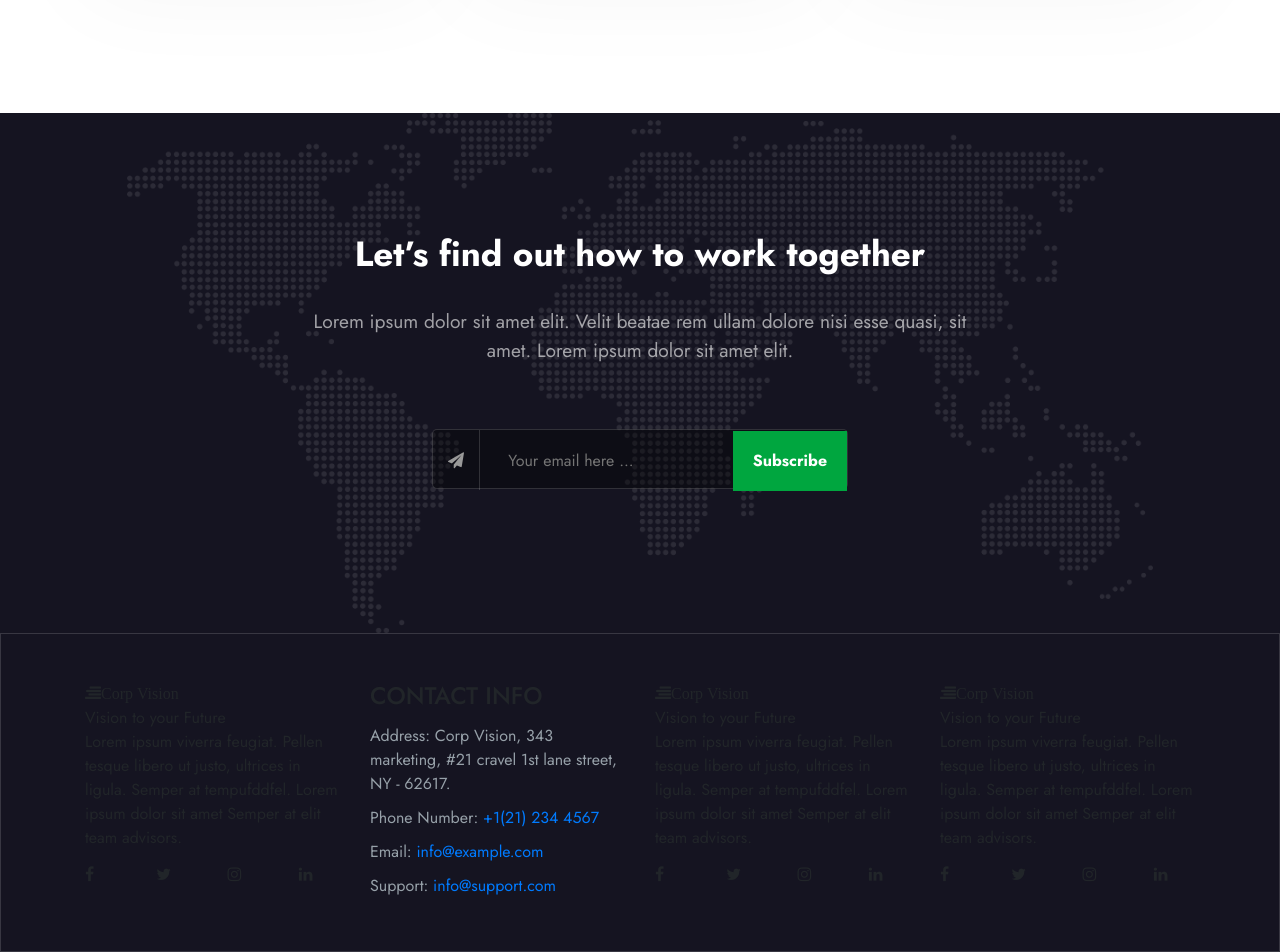
Repository: khaipnp/corpvision
Page: index.html
An editor plug-in stored every save of this project. The page is shown before and after the next save, followed by the edit.
The browser window is 1280 px wide. The pictures show the part of the page from y = 1184 to 2136 px (the page is 2136 px tall).

Above is the page before, as saved 2021-07-04 12:54:34.

### index.html
<!DOCTYPE html>
<html lang="en">
  <head>
    <meta charset="UTF-8" />
    <meta http-equiv="X-UA-Compatible" content="IE=edge" />
    <meta name="viewport" content="width=device-width, initial-scale=1.0" />
    <title>Corpvision</title>
    <meta name="description" content="Corpvision Website" />
    <!-- FONT-GOOGLE -->
    <link rel="preconnect" href="https://fonts.gstatic.com" />
    <link
      href="https://fonts.googleapis.com/css2?family=Jost:ital,wght@0,100;0,200;0,300;0,400;0,500;0,600;0,700;0,800;0,900;1,400&display=swap"
      rel="stylesheet"
    />
    <!-- FONT-AWSOME -->
    <link
      rel="stylesheet"
      href="https://cdnjs.cloudflare.com/ajax/libs/font-awesome/5.15.3/css/all.min.css"
      integrity="sha512-iBBXm8fW90+nuLcSKlbmrPcLa0OT92xO1BIsZ+ywDWZCvqsWgccV3gFoRBv0z+8dLJgyAHIhR35VZc2oM/gI1w=="
      crossorigin="anonymous"
      referrerpolicy="no-referrer"
    />
    <link rel="stylesheet" href="./css/font-awesome.min.css" />
    <!-- OWL CAROUSEL -->
    <link
      rel="stylesheet"
      href="https://cdnjs.cloudflare.com/ajax/libs/OwlCarousel2/2.3.4/assets/owl.carousel.min.css"
      integrity="sha512-tS3S5qG0BlhnQROyJXvNjeEM4UpMXHrQfTGmbQ1gKmelCxlSEBUaxhRBj/EFTzpbP4RVSrpEikbmdJobCvhE3g=="
      crossorigin="anonymous"
      referrerpolicy="no-referrer"
    />
    <link
      rel="stylesheet"
      href="https://cdnjs.cloudflare.com/ajax/libs/OwlCarousel2/2.3.4/assets/owl.theme.default.css"
      integrity="sha512-OTcub78R3msOCtY3Tc6FzeDJ8N9qvQn1Ph49ou13xgA9VsH9+LRxoFU6EqLhW4+PKRfU+/HReXmSZXHEkpYoOA=="
      crossorigin="anonymous"
      referrerpolicy="no-referrer"
    />
    <!-- BOOTSTRAP -->
    <link
      rel="stylesheet"
      href="https://cdn.jsdelivr.net/npm/bootstrap@4.6.0/dist/css/bootstrap.min.css"
      integrity="sha384-B0vP5xmATw1+K9KRQjQERJvTumQW0nPEzvF6L/Z6nronJ3oUOFUFpCjEUQouq2+l"
      crossorigin="anonymous"
    />
    <!-- MAIN CSS -->
    <link rel="stylesheet" href="./css/main.css" />
  </head>
  <body>
    <header></header>
    <section class="feedback">
      <div class="feedback__content py-5">
        <div class="container">
          <h5 class="small-title col-12 text-center">Happy clients Feedback</h5>
          <h3 class="big-title col-12 text-center">Reviews and Testimonials</h3>
          <div class="testimonials owl-carousel owl-theme">
            <div class="testimonials__item">
              <p class="text-center col-12">
                Lorem ipsum dolor sit amet elit. Velit beatae laudantium
                voluptate rem ullam dolore nisi voluptatibus esse quasi,
                doloribus tempora. Dolores molestias adipisci dolo amet!. Lorem
                ipsum dolor sit amet consectetur adipisicing elit. Esse
                architecto est ea sunt eligendi cum?
              </p>
              <div
                class="
                  testimonials__desc
                  row
                  align-items-center
                  justify-content-center
                "
              >
                <div class="avatar mr-3">
                  <img src="./img/team1.jpg" alt="team 1" />
                </div>
                <div class="name ml-3">
                  <h3>John Wilson</h3>
                  <p>Student</p>
                </div>
              </div>
            </div>
            <div class="testimonials__item">
              <p class="text-center col-12">
                Lorem ipsum dolor sit amet elit. Velit beatae laudantium
                voluptate rem ullam dolore nisi voluptatibus esse quasi,
                doloribus tempora. Dolores molestias adipisci dolo amet!. Lorem
                ipsum dolor sit amet consectetur adipisicing elit. Esse
                architecto est ea sunt eligendi cum?
              </p>
              <div
                class="
                  testimonials__desc
                  row
                  align-items-center
                  justify-content-center
                "
              >
                <div class="avatar mr-3">
                  <img src="./img/team2.jpg" alt="team 2" />
                </div>
                <div class="name ml-3">
                  <h3>Julia Sakura</h3>
                  <p>Student</p>
                </div>
              </div>
            </div>
            <div class="testimonials__item">
              <p class="text-center col-12">
                Lorem ipsum dolor sit amet elit. Velit beatae laudantium
                voluptate rem ullam dolore nisi voluptatibus esse quasi,
                doloribus tempora. Dolores molestias adipisci dolo amet!. Lorem
                ipsum dolor sit amet consectetur adipisicing elit. Esse
                architecto est ea sunt eligendi cum?
              </p>
              <div
                class="
                  testimonials__desc
                  row
                  align-items-center
                  justify-content-center
                "
              >
                <div class="avatar mr-3">
                  <img src="./img/team3.jpg" alt="team 3" />
                </div>
                <div class="name ml-3">
                  <h3>Roy Linderson</h3>
                  <p>Student</p>
                </div>
              </div>
            </div>
            <div class="testimonials__item">
              <p class="text-center col-12">
                Lorem ipsum dolor sit amet elit. Velit beatae laudantium
                voluptate rem ullam dolore nisi voluptatibus esse quasi,
                doloribus tempora. Dolores molestias adipisci dolo amet!. Lorem
                ipsum dolor sit amet consectetur adipisicing elit. Esse
                architecto est ea sunt eligendi cum?
              </p>
              <div
                class="
                  testimonials__desc
                  row
                  align-items-center
                  justify-content-center
                "
              >
                <div class="avatar mr-3">
                  <img src="./img/team4.jpg" alt="team 4" />
                </div>
                <div class="name ml-3">
                  <h3>Smith Johnson</h3>
                  <p>Student</p>
                </div>
              </div>
            </div>
          </div>
        </div>
      </div>
    </section>
    <section class="news py-5">
      <div class="news__content py-5">
        <div class="container">
          <h5 class="small-title col-12 text-center">LATEST NEWS</h5>
          <h3 class="big-title col-12 text-center">Our insight and articles</h3>
          <div class="row py-5">
            <div class="news__item col-md-6 col-lg-4">
              <div class="news__card">
                <div class="card__thumbnail p-0 position-relative">
                  <img src="./img/blog1.jpg" alt="blog 1" />
                </div>
                <div class="card__content">
                  <p>Startup Business</p>
                  <a href="#">Companies in NY launched a joint project on a three-tower
                    hall</a>
                </div>
                <div class="card__footer">
                  <span><img src="./img/icon.jpeg" alt="" /> by <a href="#">W3Layouts</a></span>
                  <p>April 1, 2021</p>
                </div>
              </div>
            </div>
            <div class="news__item col-md-6 col-lg-4">
              <div class="news__card">
                <div class="card__thumbnail p-0 position-relative">
                  <img src="./img/blog2.jpg" alt="blog 1" />
                </div>
                <div class="card__content">
                  <p>Startup Business</p>
                  <a href="#">Companies in NY launched a joint project on a three-tower
                    hall</a>
                </div>
                <div class="card__footer">
                  <span><img src="./img/icon.jpeg" alt="" /> by <a href="#">W3Layouts</a></span>
                  <p>April 1, 2021</p>
                </div>
              </div>
            </div>
            <div class="news__item col-md-6 col-lg-4">
              <div class="news__card">
                <div class="card__thumbnail p-0 position-relative">
                  <img src="./img/blog3.jpg" alt="blog 1" />
                </div>
                <div class="card__content">
                  <p>Marketing Strategy</p>
                  <a href="#">Design breakthrough upgrades the product and ready to launch</a>
                </div>
                <div class="card__footer">
                  <span><img src="./img/icon.jpeg" alt="" /> by <a href="#">W3Layouts</a></span>
                  <p>April 1, 2021</p>
                </div>
              </div>
            </div>
          </div>
        </div>
      </div>
    </section>
    <div class="subscribe py-5">
      <div class="container">
        <div class="sub__box my-5 mx-auto align-items-center justify-content-center">
          <h3 class="big-title py-4 col-12 text-center">Let’s find out how to work together<h3>
          <p class="col-12 text-center">Lorem ipsum dolor sit amet elit. Velit beatae rem ullam dolore nisi esse quasi, sit amet. Lorem ipsum dolor sit amet elit.</p>
          <div class="input__email justify-content-center py-5">
            <form>
              <i class="fa fa-paper-plane"></i>
              <input type="email" placeholder="Your email here ...">
              <button>Subscribe</button>
            </form>
          </div>
        </div>
      </div>
    </div>
    <footer>
      <div class="footer__info container py-5">
        <div class="row">
          <div class="footer__content col-3">
            <i class="fa fa-align-right">Corp Vision</i>
            <div class="slogan">Vision to your Future</div>
            <p>Lorem ipsum viverra feugiat. Pellen tesque libero ut justo, ultrices in ligula. Semper at tempufddfel. Lorem ipsum dolor sit amet Semper at elit team advisors.</p>
            <div class="social__network row justify-content-start">
              <i class="fa fa-facebook col-3"></i>
              <i class="fa fa-twitter col-3"></i>
              <i class="fa fa-instagram col-3"></i>
              <i class="fa fa-linkedin col-3"></i>
            </div>
          </div>
          <div class="footer__content col-3">
            <h4>CONTACT INFO</h4>
            <ul class="list-group list-group-flush">
              <li class="list-group-item">Address: Corp Vision, 343 marketing, #21 cravel 1st lane street, NY - 62617.</li>
              <li class="list-group-item">Phone Number: <a href="tel:+1212344567">+1(21) 234 4567</a></li>
              <li class="list-group-item">Email: <a href="mailto:">info@example.com</a></li>
              <li class="list-group-item">Support: <a href="mailto:">info@support.com</a></li>
            </ul>
          </div>
          <div class="footer__content col-3">
            <i class="fa fa-align-right">Corp Vision</i>
            <div class="slogan">Vision to your Future</div>
            <p>Lorem ipsum viverra feugiat. Pellen tesque libero ut justo, ultrices in ligula. Semper at tempufddfel. Lorem ipsum dolor sit amet Semper at elit team advisors.</p>
            <div class="social__network row justify-content-start">
              <i class="fa fa-facebook col-3"></i>
              <i class="fa fa-twitter col-3"></i>
              <i class="fa fa-instagram col-3"></i>
              <i class="fa fa-linkedin col-3"></i>
            </div>
          </div>
          <div class="footer__content col-3">
            <i class="fa fa-align-right">Corp Vision</i>
            <div class="slogan">Vision to your Future</div>
            <p>Lorem ipsum viverra feugiat. Pellen tesque libero ut justo, ultrices in ligula. Semper at tempufddfel. Lorem ipsum dolor sit amet Semper at elit team advisors.</p>
            <div class="social__network row justify-content-start">
              <i class="fa fa-facebook col-3"></i>
              <i class="fa fa-twitter col-3"></i>
              <i class="fa fa-instagram col-3"></i>
              <i class="fa fa-linkedin col-3"></i>
            </div>
          </div>
        </div>
      </div>
    </footer>
    <!-- SCRIPT -->
    <!-- BOOTSTRAP -->
    <script
      src="https://cdnjs.cloudflare.com/ajax/libs/jquery/3.6.0/jquery.js"
      integrity="sha512-n/4gHW3atM3QqRcbCn6ewmpxcLAHGaDjpEBu4xZd47N0W2oQ+6q7oc3PXstrJYXcbNU1OHdQ1T7pAP+gi5Yu8g=="
      crossorigin="anonymous"
      referrerpolicy="no-referrer"
    ></script>
    <script
      src="https://cdn.jsdelivr.net/npm/bootstrap@4.6.0/dist/js/bootstrap.bundle.min.js"
      integrity="sha384-Piv4xVNRyMGpqkS2by6br4gNJ7DXjqk09RmUpJ8jgGtD7zP9yug3goQfGII0yAns"
      crossorigin="anonymous"
    ></script>
    <!-- OWL CAROUSEL -->
    <script src="./js/owl.carousel.min.js"></script>
    <script>
      $(document).ready(function () {
        $(".owl-carousel").owlCarousel({
          navigation: false,
          slideSpeed: 300,
          paginationSpeed: 400,
          singleItem: true,
          items: 1,
          // itemsDesktop : false,
          // itemsDesktopSmall : false,
          // itemsTablet: false,
          // itemsMobile : false
        });
      });
    </script>
  </body>
</html>

### css/main.css
* {
  padding: 0;
  margin: 0;
  box-sizing: border-box;
}

html,
body {
  font-family: "Jost", sans-serif;
  background: #fff;
}

.small-title {
  color: #7e7d7d;
  font-size: 14px;
  font-weight: 600;
  text-transform: uppercase;
}

.big-title {
  color: #3f3a64;
  font-size: 35px;
  font-weight: 700;
}

/* FEEDBACK */
.feedback {
  background-color: #f7f7f7;
}

.testimonials__item {
  margin: 60px auto;
  display: block;
  max-width: 900px;
  height: auto;
}

.testimonials__item p {
  color: #7e7d7d;
  font-size: 18px;
  line-height: 28px;
}

.testimonials__desc .avatar {
  width: 70px;
  height: 70px;
  overflow: hidden;
  border-radius: 50%;
}

.testimonials__desc .avatar img {
  width: 100%;
  height: 100%;
  object-fit: cover;
}

.name h3 {
  font-size: 20px;
  margin: 0;
  font-weight: 600;
  color: #3f3a64;
}
.name p {
  font-style: normal;
  margin-bottom: 0;
}

.owl-theme .owl-dots .owl-dot.active span,
.owl-theme .owl-dots .owl-dot span {
  background: rgba(33, 51, 100, 0.5);
  transform: scale(1);
  transition: all 0.5s;
}

.owl-theme .owl-dots .owl-dot.active span,
.owl-theme .owl-dots .owl-dot:hover span {
  background: #213364 !important;
  transform: scale(1.5);
}

/* NEWS */
.news__card {
  background-color: #fff;
  box-shadow: 0 25px 98px 0 rgb(0 0 0 / 4%);
  border: 1px solid transparent;
  border-radius: 10px;
}

.card__thumbnail {
  overflow: hidden;
  border-radius: 10px 10px 0 0;
}

.card__thumbnail img {
  width: 100%;
  border-radius: 10px 10px 0 0;
  object-fit: cover;
  cursor: pointer;
  transition: all 0.5s;
}

.card__thumbnail img:hover {
  transform: scale(1.15);
}

.card__content {
  padding: 20px;
}

.card__content p {
  color: #999;
  font-size: 17px;
  font-weight: 400;
}

.card__content a {
  text-decoration: none;
  color: #213364;
  font-size: 20px;
  font-weight: 600;
  transition: all 0.5s;
  cursor: pointer;
}

.card__content a:hover {
  color: #00a63f;
}

.card__footer {
  display: flex;
  justify-content: space-between;
  align-items: center;
  border-top: 1px solid rgba(126, 125, 125, 0.1);
  padding: 10px;
}

.card__footer a {
  color: #213364;
  font-size: 1rem;
  font-weight: 600;
  cursor: pointer;
  transition: all 0.5s;
  text-decoration: none;
}

.card__footer a:hover {
  color: #00a63f;
}

.card__footer img {
  cursor: pointer;
}

.card__footer span {
  color: rgb(102, 102, 102, 0.6);
  font-weight: 600;
}

.card__footer p {
  margin-bottom: 0;
  font-size: 15px;
  color: rgb(102, 102, 102, 0.8);
}

/* SUBCRIBE */
.subscribe {
  background-image: url(../img/map.png);
  background-color: #151421;
  background-size: contain;
  background-repeat: no-repeat;
  background-position: center;
}

.sub__box {
  max-width: 700px;
}

.sub__box .big-title {
  color: #fff;
}

.sub__box p {
  font-size: 1.2rem;
  color: rgba(255, 255, 255, 0.6);
  line-height: 1.5;
  font-weight: 400;
}

.input__email {
  display: flex;
}

.input__email form {
  border: 1px solid rgb(255, 255, 255, 0.15);
  border-radius: 5px;
  height: 60px;
  background: rgb(0, 0, 0, 0.35);
  max-width: 550px;
}

.input__email input {
  color: #999;
  padding: 20px 20px;
  border: none;
  font-size: 1rem;
  outline: none;
  background: none;
}

.input__email button {
  background-color: #00a63f;
  color: #fff;
  height: 60px;
  padding: 0 20px;
  border: none;
  font-size: 1rem;
  font-weight: 700;
  line-height: 60px;
  text-align: center;
}

.input__email i {
  text-align: center;
  color: #999;
  font-size: 1rem;
  border-right: 1px solid rgb(255, 255, 255, 0.15);
  line-height: 60px;
  padding: 0 15px;
}

/* FOOTER */

footer {
  background-color: #151421;
  border: 1px solid rgb(255, 255, 255, 0.15);
}

.footer__content .list-group-item {
  background-color: transparent !important;
  padding: 5px 0 !important;
  color: #97a1a9;
  border: none !important;
}

Loaded but not shown: css/font-awesome.min.css (library); js/owl.carousel.min.js (library)

After the next save:
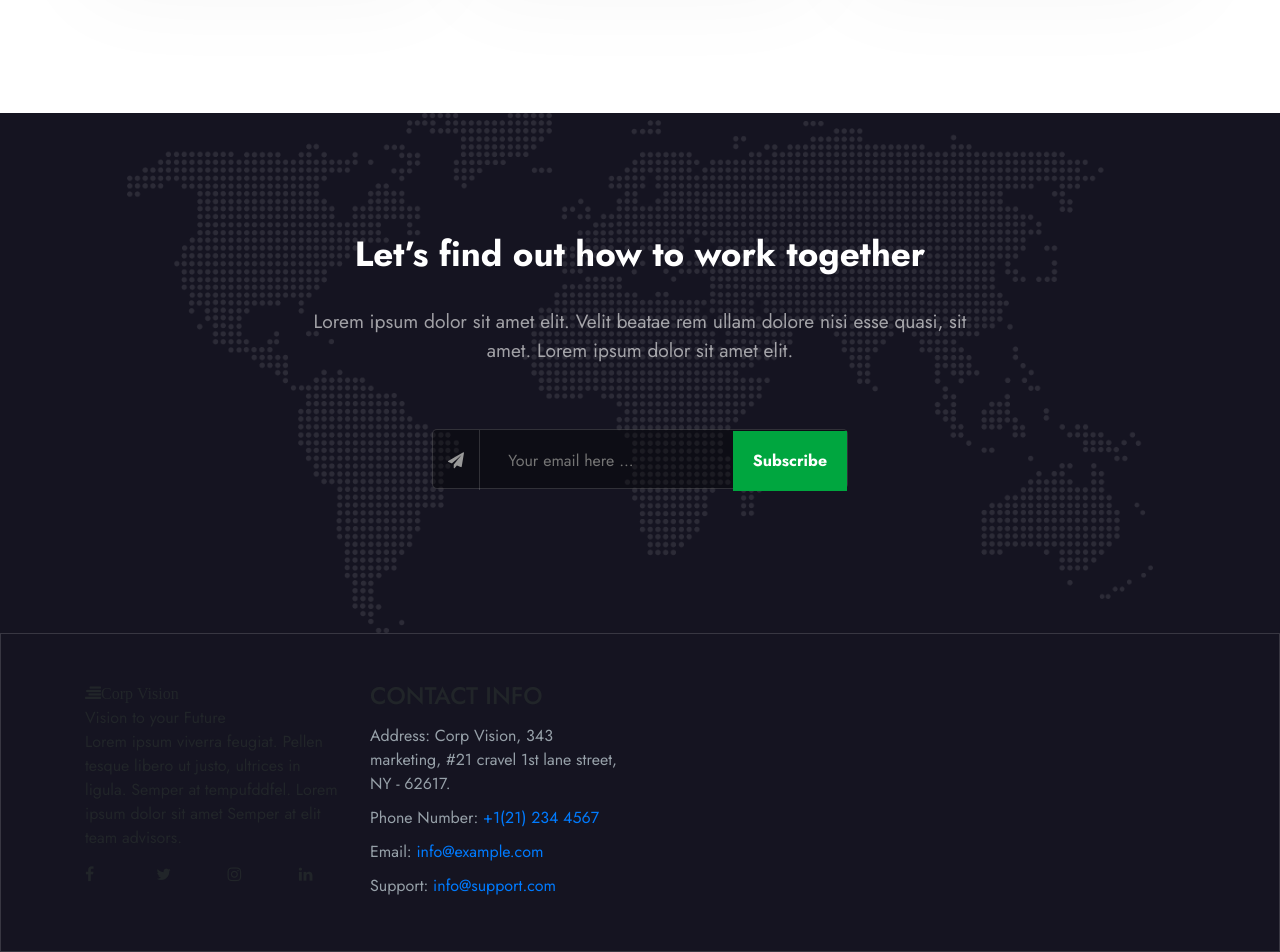
Saved 49 s later.
--- a/index.html
+++ b/index.html
@@ -253,28 +253,7 @@
               <li class="list-group-item">Support: <a href="mailto:">info@support.com</a></li>
             </ul>
           </div>
-          <div class="footer__content col-3">
-            <i class="fa fa-align-right">Corp Vision</i>
-            <div class="slogan">Vision to your Future</div>
-            <p>Lorem ipsum viverra feugiat. Pellen tesque libero ut justo, ultrices in ligula. Semper at tempufddfel. Lorem ipsum dolor sit amet Semper at elit team advisors.</p>
-            <div class="social__network row justify-content-start">
-              <i class="fa fa-facebook col-3"></i>
-              <i class="fa fa-twitter col-3"></i>
-              <i class="fa fa-instagram col-3"></i>
-              <i class="fa fa-linkedin col-3"></i>
-            </div>
-          </div>
-          <div class="footer__content col-3">
-            <i class="fa fa-align-right">Corp Vision</i>
-            <div class="slogan">Vision to your Future</div>
-            <p>Lorem ipsum viverra feugiat. Pellen tesque libero ut justo, ultrices in ligula. Semper at tempufddfel. Lorem ipsum dolor sit amet Semper at elit team advisors.</p>
-            <div class="social__network row justify-content-start">
-              <i class="fa fa-facebook col-3"></i>
-              <i class="fa fa-twitter col-3"></i>
-              <i class="fa fa-instagram col-3"></i>
-              <i class="fa fa-linkedin col-3"></i>
-            </div>
-          </div>
+
         </div>
       </div>
     </footer>
